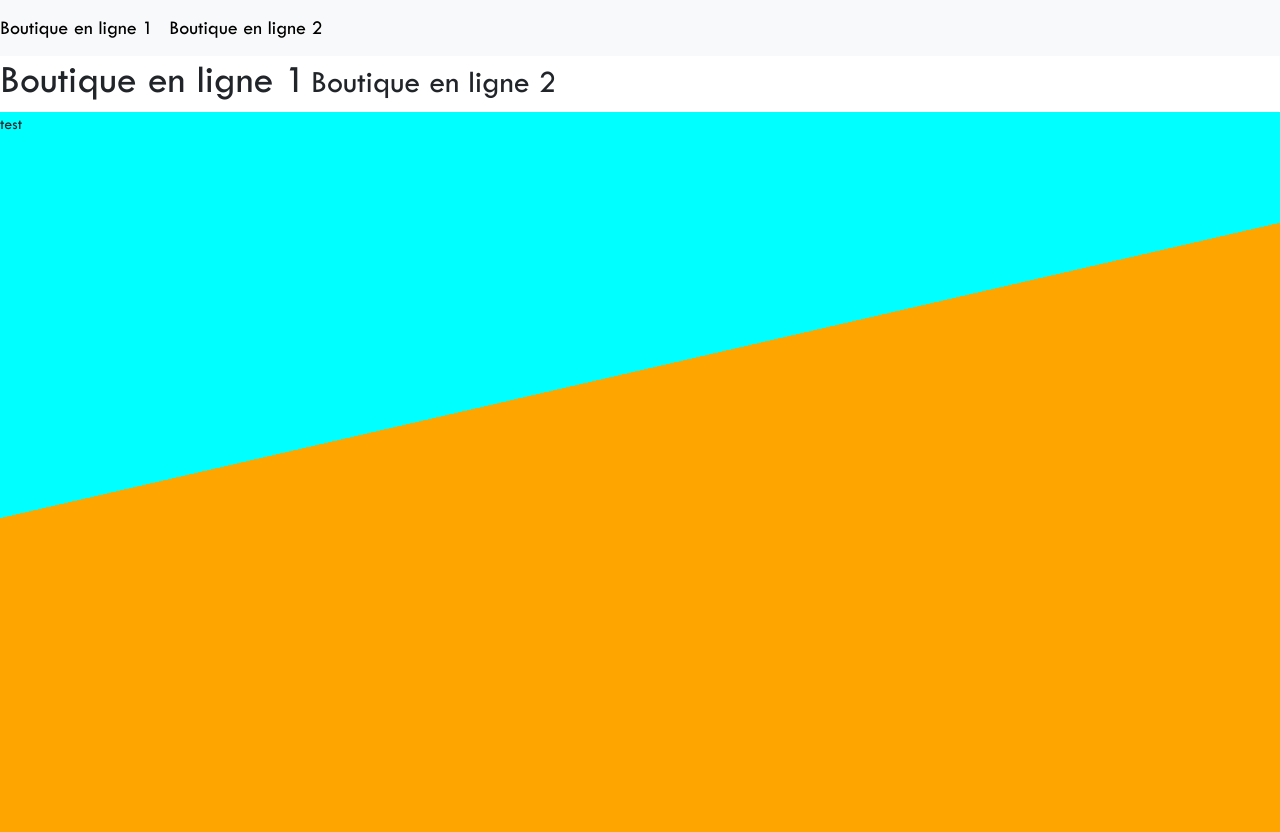
Repository: padevft/e-commerce-php
Page: http://localhost/index.html
The author's editor kept a copy of each file at every save. The page is drawn from the files as they stood at one save, then again after the next save.
The browser window is 1280 px wide. The pictures show the whole page.
The page is run by PHP 8.4 with error messages shown; the project is at /var/www/html/.

Above is the page before, as saved 2023-09-17 16:15:49.

After the next save:
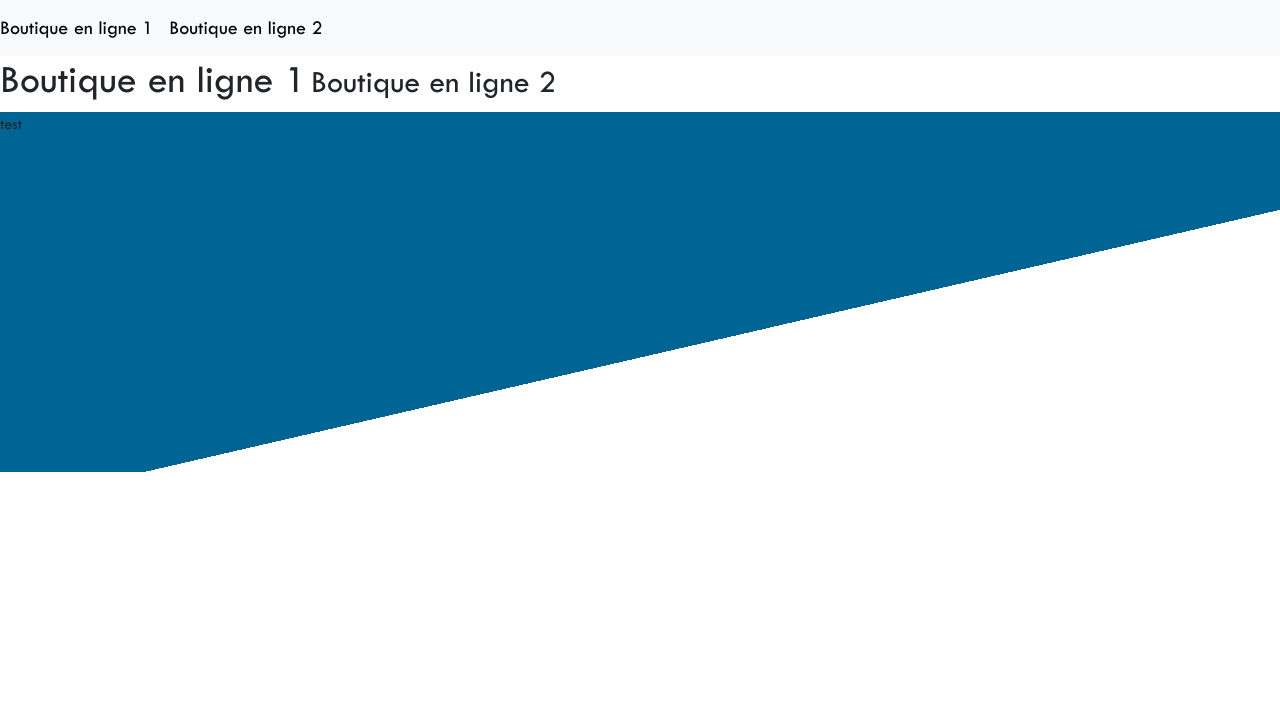
Saved 74 s later.
--- a/client/css/styles.css
+++ b/client/css/styles.css
@@ -69,8 +69,8 @@ h2:hover:before {
 .main{
   display: flex;
   flex-direction: column;
-  height: 100vh;
+  height: 50vh;
   width: 100%;
-  background-image: linear-gradient(-13deg, orange 60%, cyan 20%), linear-gradient(0deg, blue, green 40%, red);
+  background-image: linear-gradient(-13deg, #ffffff 40%, #006494 20%);;
 
 }
